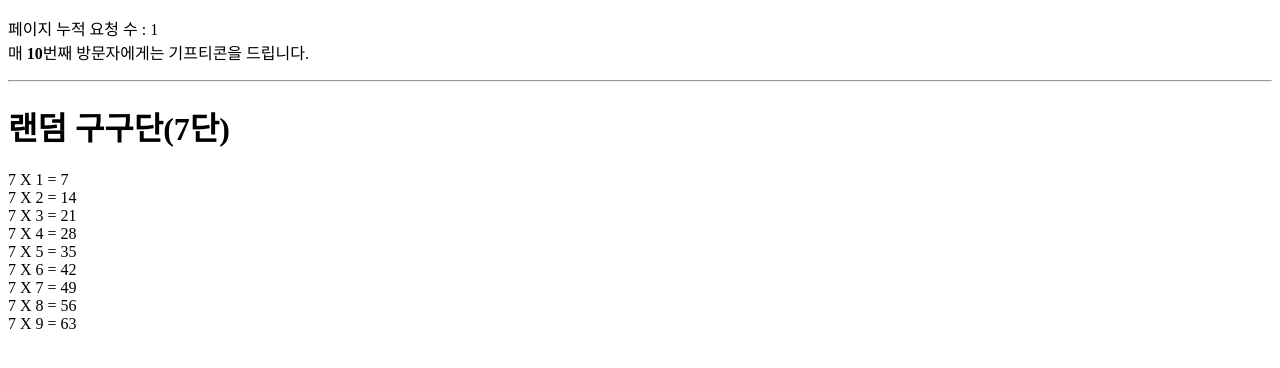
Repository: HeeMang28/jsp
Page: http://localhost/JSPBasic/jsptag/tag_quiz02.jsp
An editor plug-in stored every save of this project. The page is shown before and after the next save, followed by the edit.
The browser window is 1280 px wide. The pictures show the whole page.
The page is served by Tomcat 9.

Above is the page before, as saved 2022-03-23 10:20:51.

After the next save:
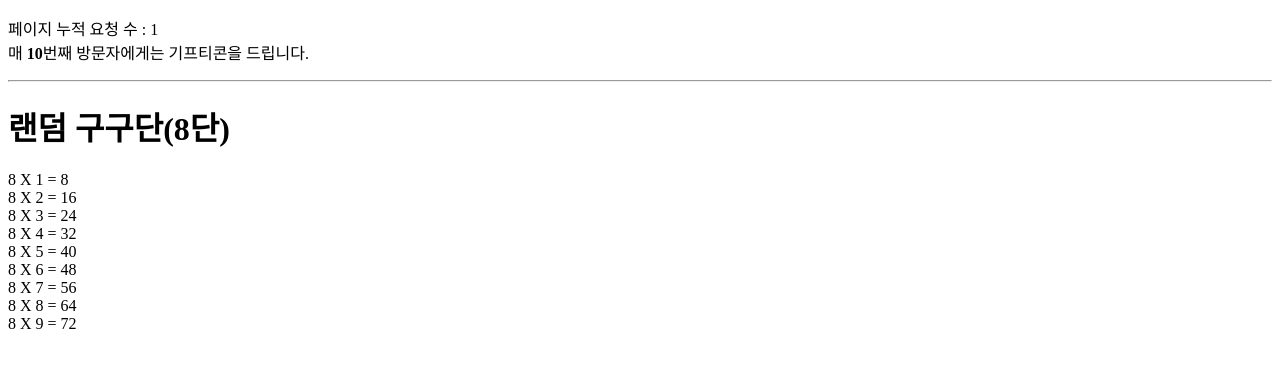
Saved 64 s later.
--- a/JSPBasic/src/main/webapp/jsptag/tag_quiz02.jsp
+++ b/JSPBasic/src/main/webapp/jsptag/tag_quiz02.jsp
@@ -12,7 +12,7 @@
 
 %>
 <% total++;
-		int num = (int)(Math.random() * 10);
+		int num = (int)(Math.random() * 10) + 1;
 %>
 
 	<p>
